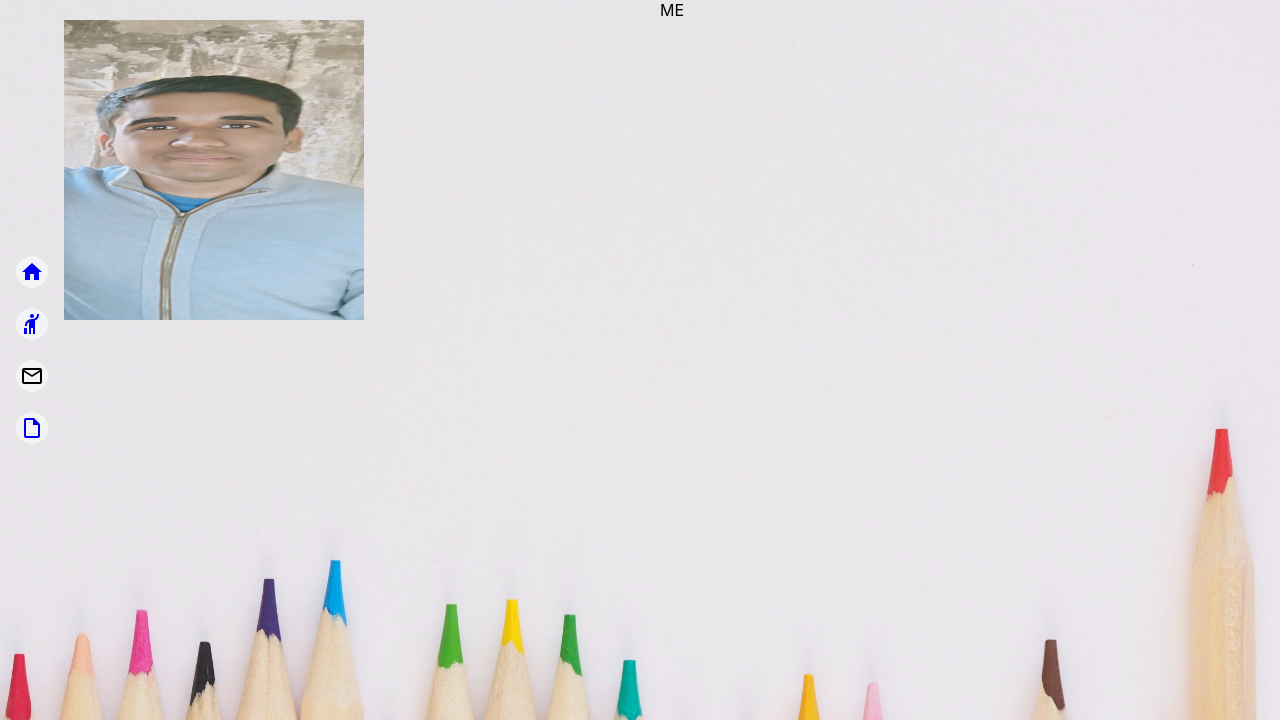
Repository: ujjawalmittal55/portfolio1
Page: /about
These files come from the project's save history. The page is drawn as it stood at one moment and after the next save; the edit follows.
The browser window is 1280 px wide. The pictures show the whole page.
The project was rebuilt for these pictures with package versions that can differ from the ones it lists, and the page was loaded fresh each time. Also part of the build but not shown: src/display.css, src/Display.tsx, src/Document.jsx.

Above is the page before, as saved 2022-05-06 17:34:32.

After the next save:
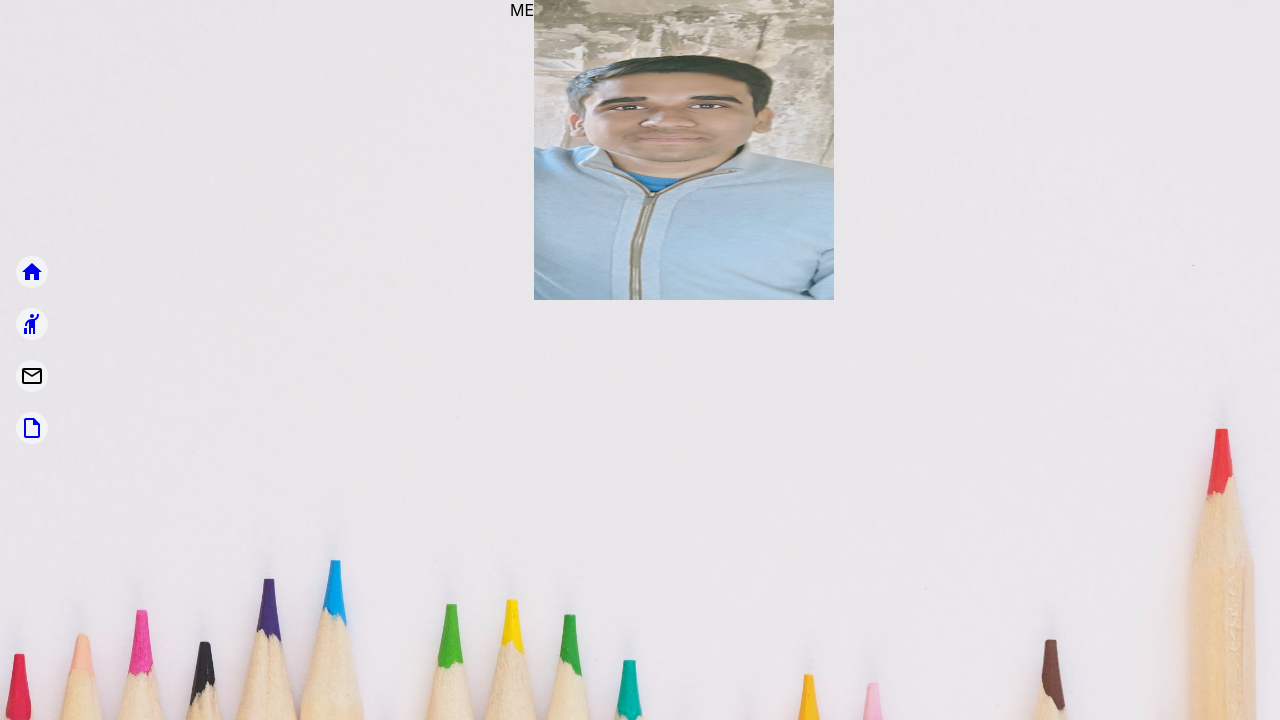
Saved 18 s later.
--- a/src/About.jsx
+++ b/src/About.jsx
@@ -2,8 +2,8 @@ import React from "react";
 import "./about.css";
 function About() {
   return (
-    <div>
-      <div className="about">ME</div>
+    <div className="about">
+      <div>ME</div>
       <div>
         <img src="/my.jpeg" width="300" height="300" />
       </div>

After the save that followed:
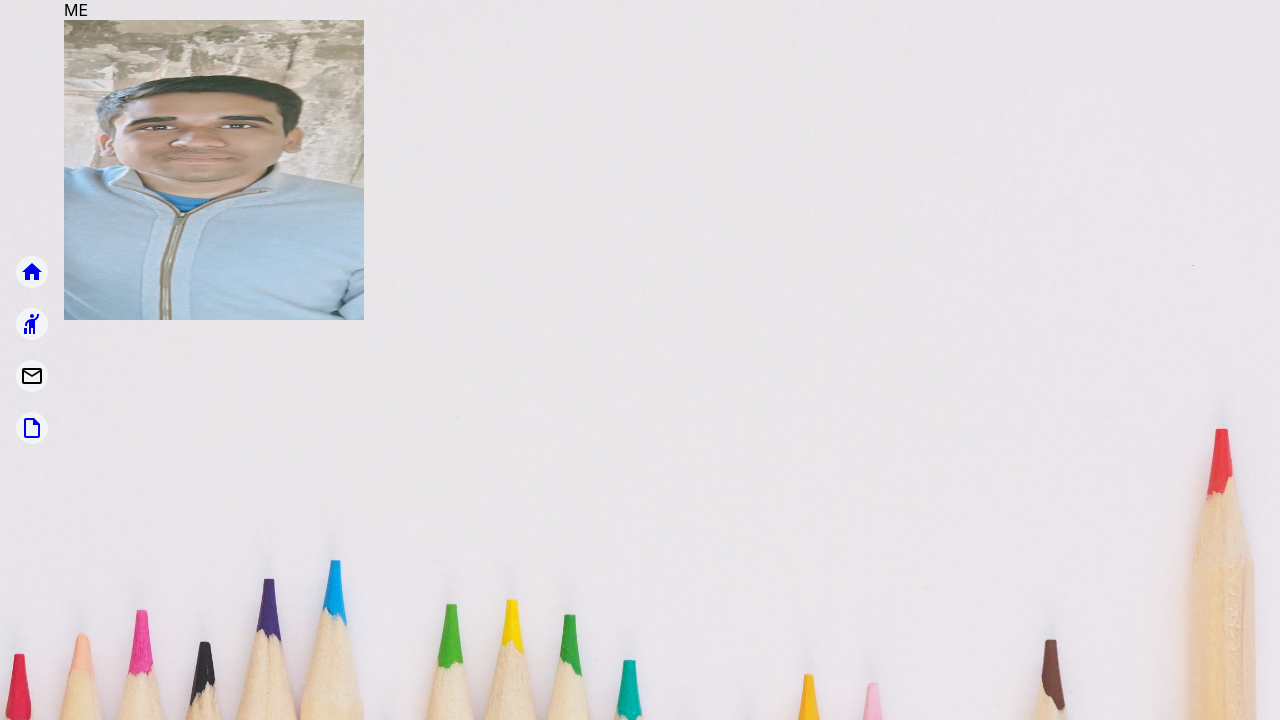
Saved 14 s later.
--- a/src/about.css
+++ b/src/about.css
@@ -1,4 +1,5 @@
 .about {
   display: flex;
   justify-content: center;
+  flex-direction: column;
 }
